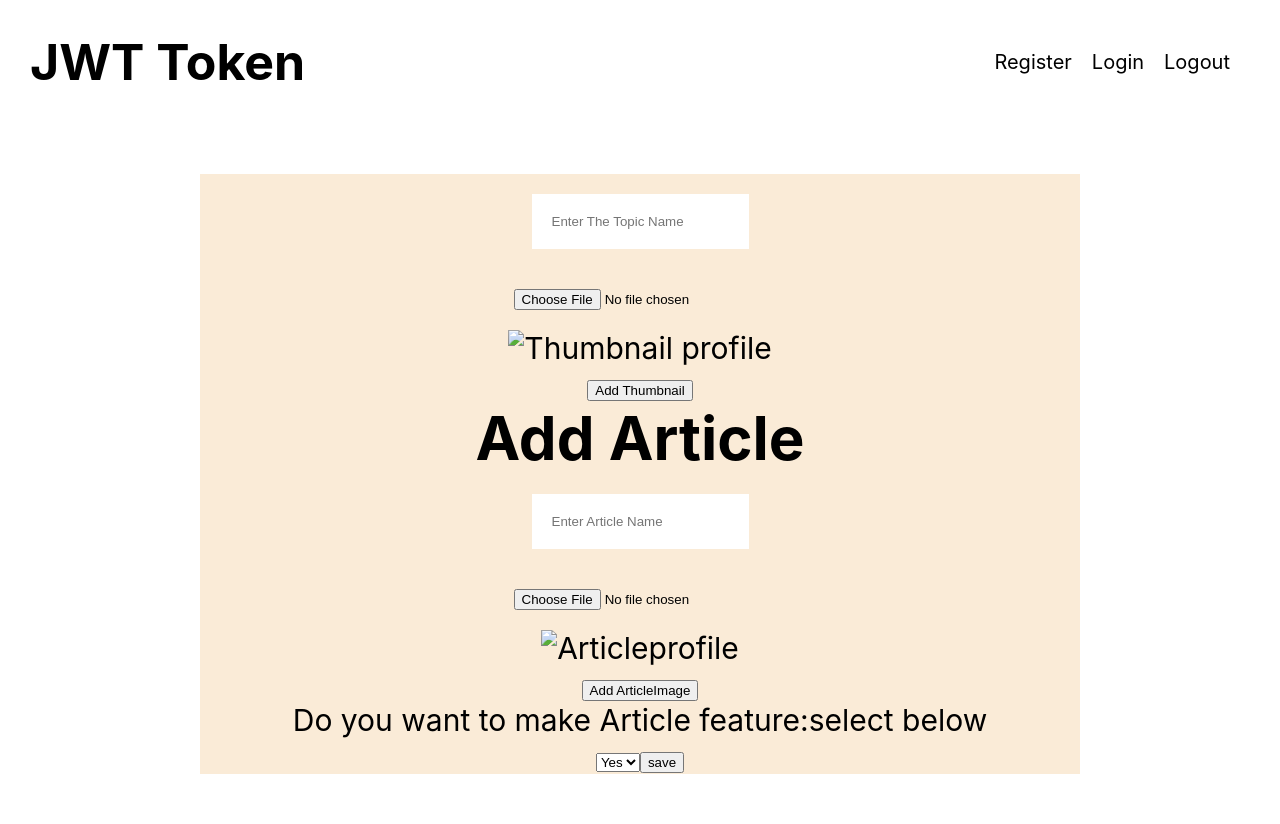
Repository: Prafullkuma/jwttoken
Page: /admin
These files come from the project's save history. The page is drawn as it stood at one moment and after the next save; the edit follows.
The browser window is 1280 px wide. The pictures show the whole page.
The project was rebuilt for these pictures with package versions that can differ from the ones it lists, and the page was loaded fresh each time. Also part of the build but not shown: src/App.css, src/component/Auth/Signup.js, src/component/Auth/Signin.js, src/component/User/User.js, src/component/Home/Home.js, src/component/Auth/Logout.js.

Above is the page before, as saved 2020-08-22 22:06:27.

After the next save:
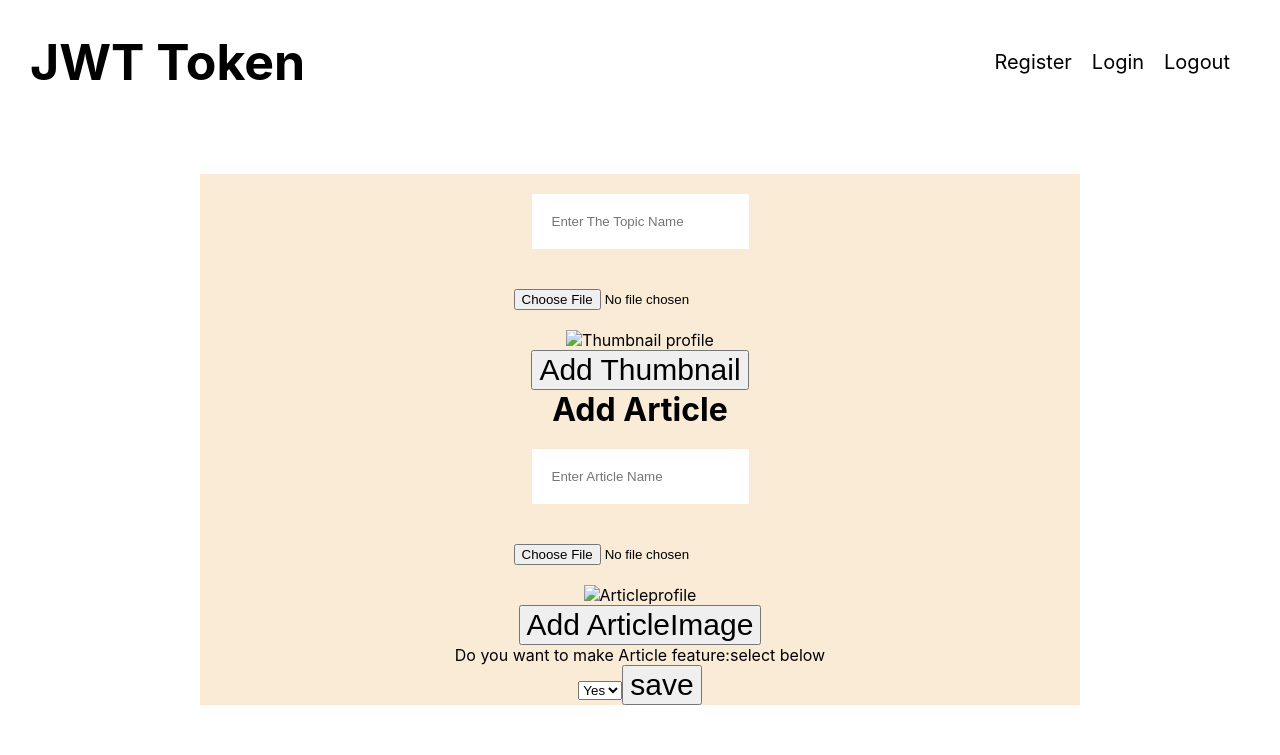
Saved 14 s later.
--- a/src/component/Admin/Dashboard.css
+++ b/src/component/Admin/Dashboard.css
@@ -11,6 +11,6 @@
     padding: 20px;
     margin-top: 20px;
 }
-.Dashboard{
+.Dashboard button{
     font-size: 30px;
 }
